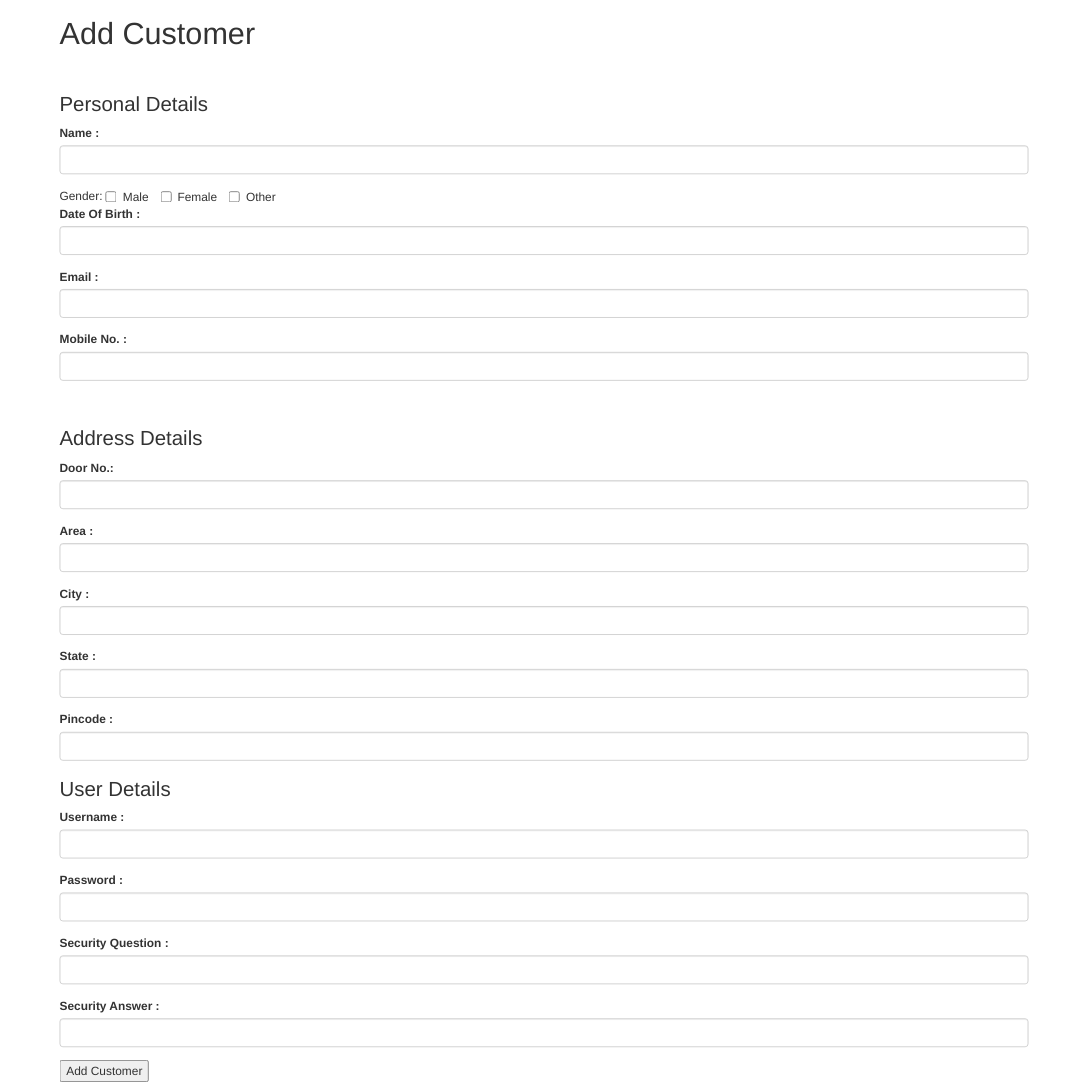
Repository: Shubham-Gawade/SpringHibernateTraining
Page: http://localhost/xorbankonline/WEB-INF/pages/addcustomer.jsp
These files come from the project's save history. The page is drawn as it stood at one moment and after the next save; the edit follows.
The browser window is 1280 px wide. The pictures show the whole page, at 85% of full size.
The page is served by Tomcat 9. Nobody is signed in. Other server files are loaded and not shown. The template is opened directly, without the code that normally fills it, so the values that code supplies are empty.

Above is the page before, as saved 2021-10-07 04:39:25.

### xorbankonline/src/main/webapp/WEB-INF/pages/addcustomer.jsp
<%@ page language="java" contentType="text/html; charset=ISO-8859-1"
    pageEncoding="ISO-8859-1"%>
<%@ taglib prefix="form" uri="http://www.springframework.org/tags/form" %>
<!DOCTYPE html>
<html>
<head>
<meta charset="ISO-8859-1">
<title>Insert title here</title>
<link rel="stylesheet" href="https://maxcdn.bootstrapcdn.com/bootstrap/3.3.7/css/bootstrap.min.css">
</head>
<body class="container">
	<h1>Add Customer</h1>
	<form:form action="addcustomer" method="post" modelAttribute="customerObj">
		<br/>
		<h3>Personal Details</h3>
		<div class="form-group">
		    <label for="name">Name :</label>
		    <form:input type="text" path="personName" class="form-control" name="name"/>
		</div>
		Gender:
		<label class="checkbox-inline"><input type="checkbox" value="MALE">Male</label>
		<label class="checkbox-inline"><input type="checkbox" value="FEMALE">Female</label>
		<label class="checkbox-inline"><input type="checkbox" value="OTHER">Other</label>
		<div class="form-group">
		    <label for="dateOfBirth">Date Of Birth :</label>
		    <input type="text" class="form-control" name="dateOfBirth">
		</div>
		<div class="form-group">
		    <label for="email">Email :</label>
		    <form:input type="email" class="form-control" path="email" name="email"/>
		</div>
		<div class="form-group">
		    <label for="email">Mobile No. :</label>
		    <form:input type="number" class="form-control" path="mobileNo" name="mobileNo"/>
		</div>

		<br/>
		<h3>Address Details</h3>
		<div class="form-group">
		    <label for="doorNo">Door No.:</label>
		    <form:input type="text" class="form-control" path="address.doorNo" name="doorNo"/>
		</div>
		<div class="form-group">
		    <label for="area">Area :</label>
		    <form:input type="text" class="form-control" path="address.area" name="area"/>
		</div>
		<div class="form-group">
		    <label for="city">City :</label>
		    <form:input type="text" class="form-control" path="address.city" name="city"/>
		</div>
		<div class="form-group">
		    <label for="state">State :</label>
		    <form:input type="text" class="form-control" path="address.state" name="state"/>
		</div>
		<div class="form-group">
		    <label for="pincode">Pincode :</label>
		    <form:input type="text" class="form-control" path="address.picode" name="pincode"/>
		</div>

		<h3>User Details</h3>
		<div class="form-group">
		    <label for="username">Username :</label>
		    <form:input type="text" class="form-control" path="user.username" name="username"/>
		</div>
		<div class="form-group">
		    <label for="password">Password :</label>
		    <form:input type="text" class="form-control" path="user.password" name="password"/>
		</div>
		<div class="form-group">
		    <label for="securityQuestion">Security Question :</label>
		    <form:input type="text" class="form-control" path="user.securityQuestion" name="securityQuestion"/>
		</div>
		<div class="form-group">
		    <label for="securityAnswer">Security Answer :</label>
		    <form:input type="text" class="form-control" path="user.securityAnswer" name="securityAnswer"/>
		</div>
		<input type="submit" value="Add Customer"/>
	</form:form>
</body>
</html>

After the next save:
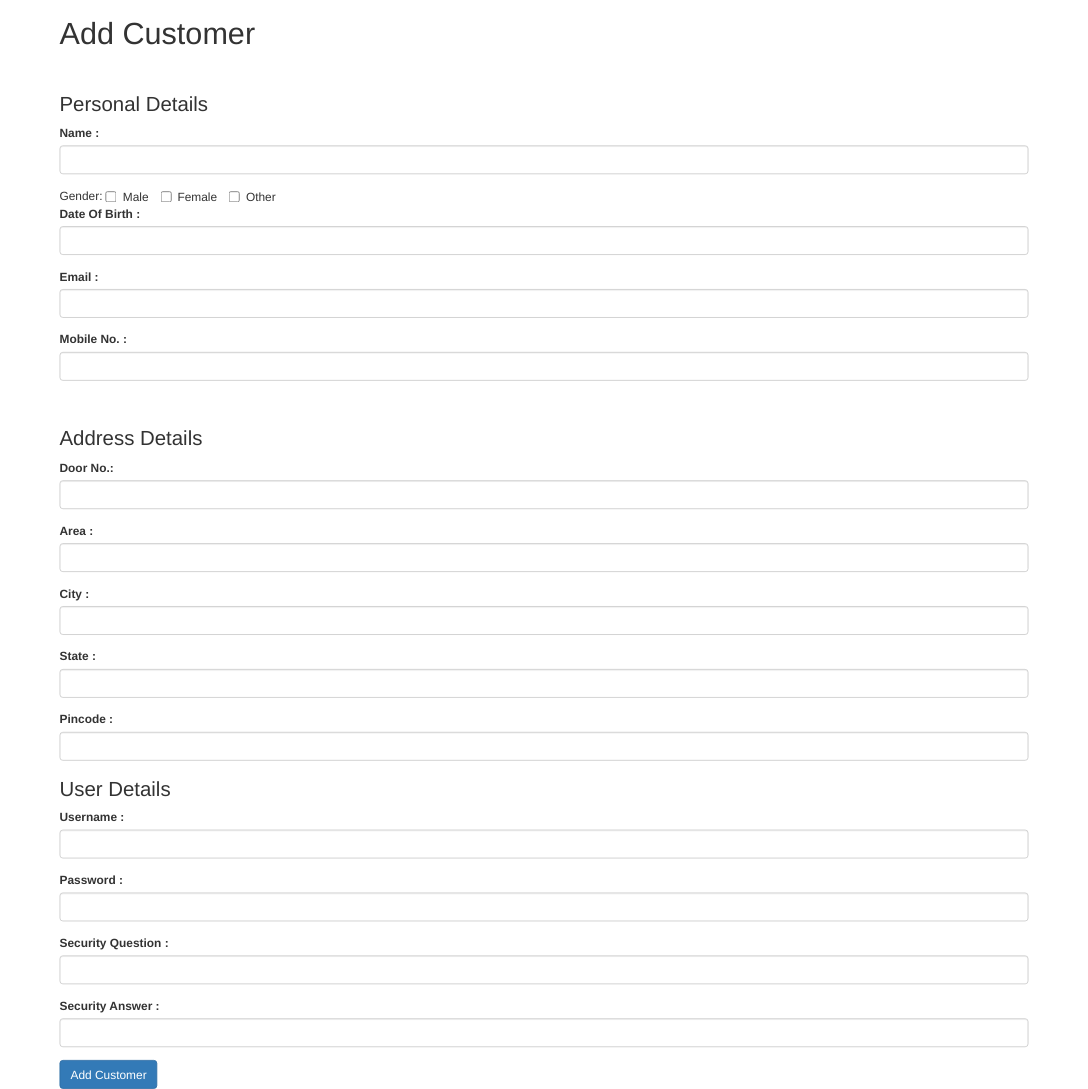
Saved 5 s later.
--- a/xorbankonline/src/main/webapp/WEB-INF/pages/addcustomer.jsp
+++ b/xorbankonline/src/main/webapp/WEB-INF/pages/addcustomer.jsp
@@ -74,7 +74,7 @@
 		    <label for="securityAnswer">Security Answer :</label>
 		    <form:input type="text" class="form-control" path="user.securityAnswer" name="securityAnswer"/>
 		</div>
-		<input type="submit" value="Add Customer"/>
+		<input class="btn btn-primary" type="submit" value="Add Customer"/>
 	</form:form>
 </body>
 </html>
